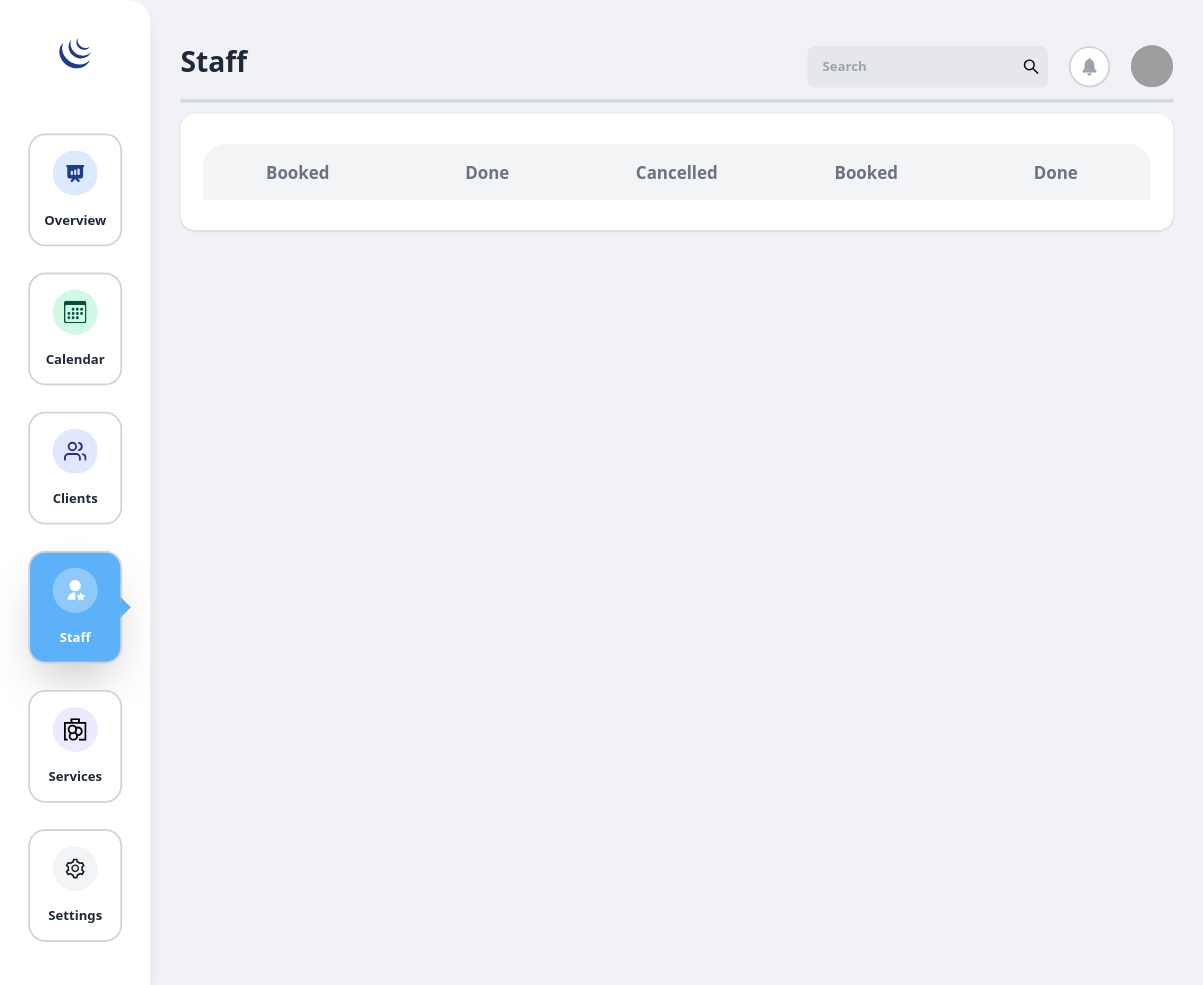
Repository: coolronts/dashboard
Page: /staff
An editor plug-in stored every save of this project. The page is shown before and after the next save, followed by the edit.
The browser window is 1280 px wide. The pictures show the whole page, at 94% of full size.
Pictures or frames that could not be fetched are drawn as grey boxes. The project was rebuilt for these pictures with package versions that can differ from the ones it lists, and the page was loaded fresh each time. Also part of the build but not shown: craco.config.js, src/Components/Tags/index.tsx, src/Utils/avatar.ts, src/api/Profile.ts, src/Units/Client/Profile/index.tsx, src/Units/Client/index.ts, src/Units/Client/Section/Left/index.tsx, src/Components/DropDown/index.tsx and 29 more.

Above is the page before, as saved 2021-11-29 10:20:57.

After the next save:
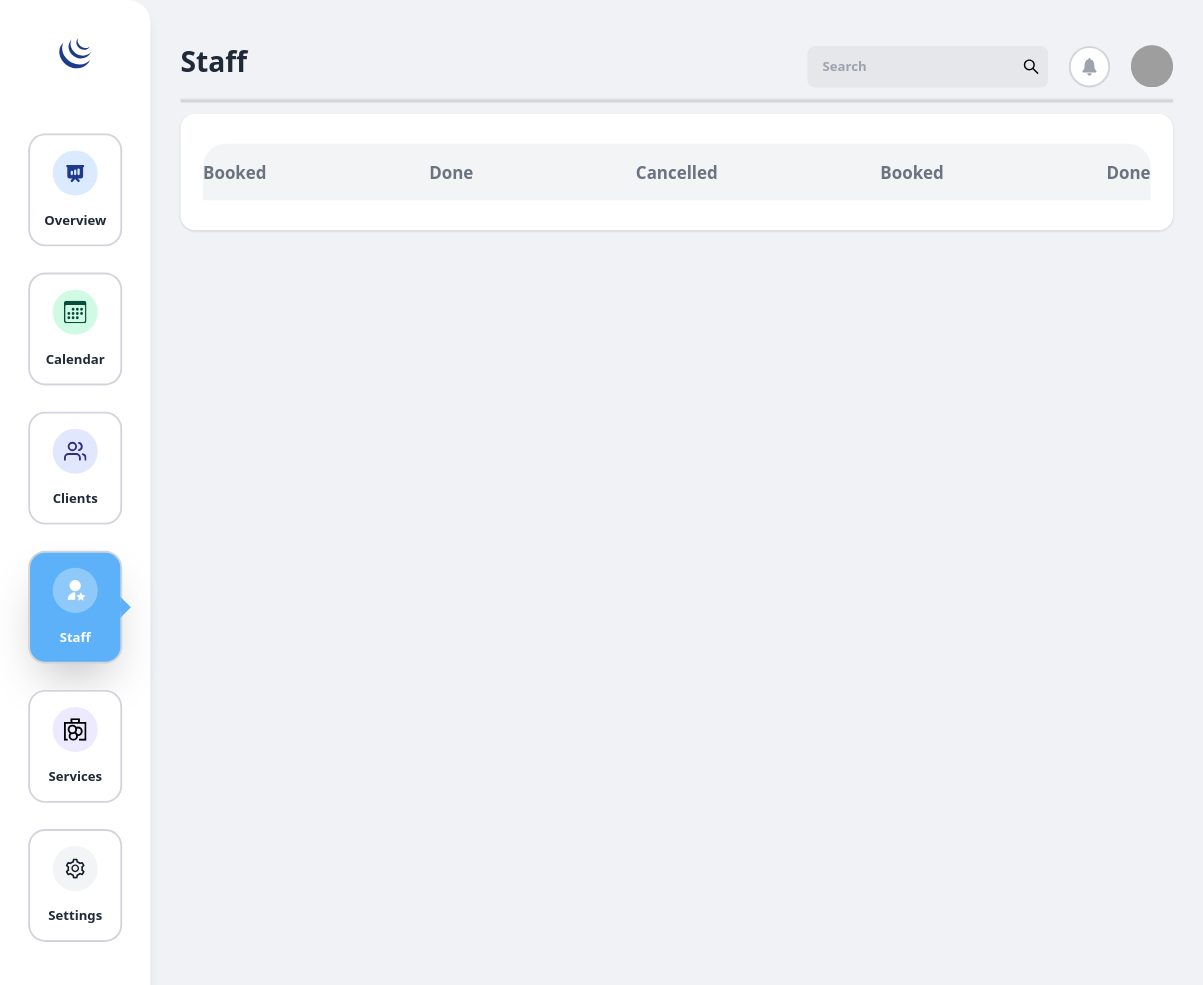
Saved 89 s later.
--- a/src/Components/Table/index.tsx
+++ b/src/Components/Table/index.tsx
@@ -6,6 +6,7 @@ interface TableProps {
 const Table: React.FC<TableProps> = ({ isHeader = false, headings, data }) => {
   const styles = {
     header: "flex justify-between bg-gray-100 py-4 rounded-t-3xl font-sans",
+    column: `w-1/${headings && headings.length} text-center`,
     columnTitle: "text-lg text-gray-500 capitalize font-semibold",
     row: `flex text-sm items-center justify-between font-semibold font-sans tracking-tight py-3`,
   };
@@ -15,7 +16,7 @@ const Table: React.FC<TableProps> = ({ isHeader = false, headings, data }) => {
       {isHeader && headings && (
         <div className={styles.header}>
           {headings.map((item, i) => (
-            <div className="w-1/5 text-center" key={i}>
+            <div className="" key={i}>
               <p className={styles.columnTitle}>{item}</p>
             </div>
           ))}
